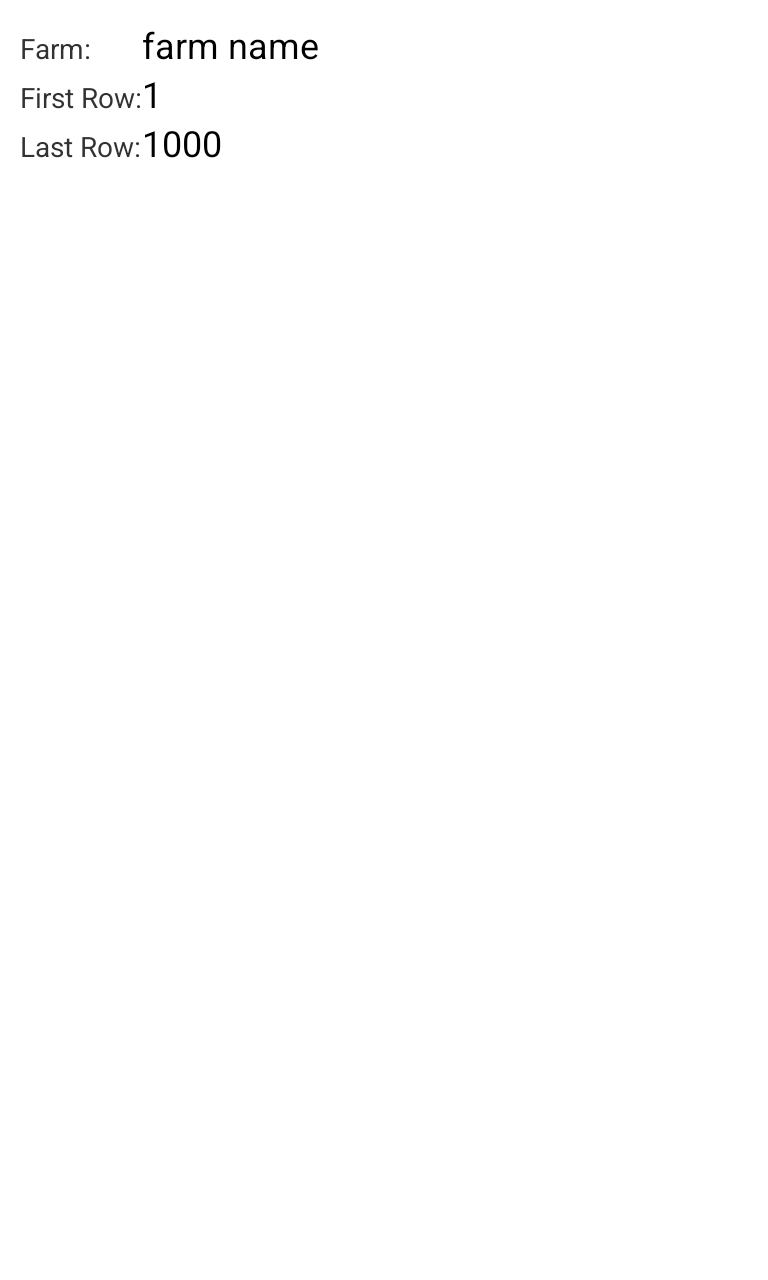
Repository: cokembel/FarmHand
Layout: FarmHand/res/layout/view_farm.xml
These files come from the project's save history. The layout is drawn as it stood at one moment and after the next save; the edit follows.
It is drawn on a 768 x 1280 px phone screen (xhdpi) without system bars, with theme AppTheme; the app's code is not run.

Above is the layout before, as saved 2012-12-10 21:14:34.

### FarmHand/res/layout/view_farm.xml

    <TableLayout xmlns:android="http://schemas.android.com/apk/res/android"
        android:layout_width="fill_parent"
        android:layout_height="fill_parent"
        android:padding="10dp" >
	   <TableRow
	            android:id="@+id/tableRow1"
	            android:layout_width="wrap_content"
	            android:layout_height="wrap_content" >

	            <TextView
	                android:id="@+id/farm_label"
	                android:layout_width="wrap_content"
	                android:layout_height="wrap_content"
	                android:gravit="right"
	                android:text="Farm:" />

	            <TextView
	                android:id="@+id/textView2"
	                android:layout_width="wrap_content"
	                android:layout_height="wrap_content"
	                android:text="farm name"
	                android:textAppearance="?android:attr/textAppearanceMedium" />

	        </TableRow>

	        <TableRow
	            android:id="@+id/tableRow2"
	            android:layout_width="wrap_content"
	            android:layout_height="wrap_content" >

	            <TextView
	                android:id="@+id/first_row"
	                android:layout_width="wrap_content"
	                android:layout_height="wrap_content"
	                android:text="First Row:" />

	            <TextView
	                android:id="@+id/first_row_number"
	                android:layout_width="wrap_content"
	                android:layout_height="wrap_content"
	                android:text="1"
	                android:textAppearance="?android:attr/textAppearanceMedium" />

	        </TableRow>

	        <TableRow
	            android:id="@+id/tableRow3"
	            android:layout_width="wrap_content"
	            android:layout_height="wrap_content" >

	            <TextView
	                android:id="@+id/last_row"
	                android:layout_width="wrap_content"
	                android:layout_height="wrap_content"
	                android:text="Last Row:" />

	            <TextView
	                android:id="@+id/last_row_number"
	                android:layout_width="wrap_content"
	                android:layout_height="wrap_content"
	                android:text="1000"
	                android:textAppearance="?android:attr/textAppearanceMedium" />

	        </TableRow>


    </TableLayout>

Loaded but not shown: FarmHand/res/values-v11/styles.xml (common file); FarmHand/res/values-v14/styles.xml (common file); FarmHand/res/values/styles.xml (common file)

After the next save:
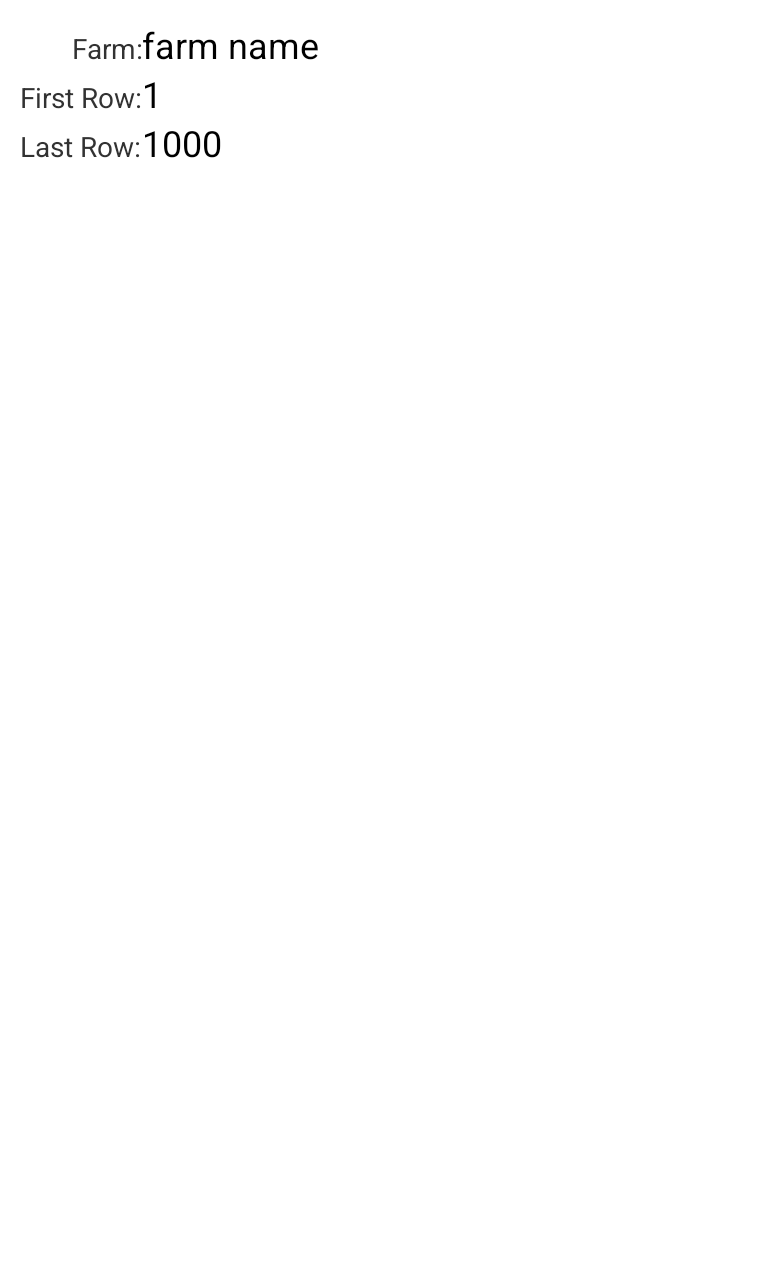
Saved 8 s later.
--- a/FarmHand/res/layout/view_farm.xml
+++ b/FarmHand/res/layout/view_farm.xml
@@ -12,7 +12,7 @@
 	                android:id="@+id/farm_label"
 	                android:layout_width="wrap_content"
 	                android:layout_height="wrap_content"
-	                android:gravit="right"
+	                android:gravity="right"
 	                android:text="Farm:" />
 
 	            <TextView
